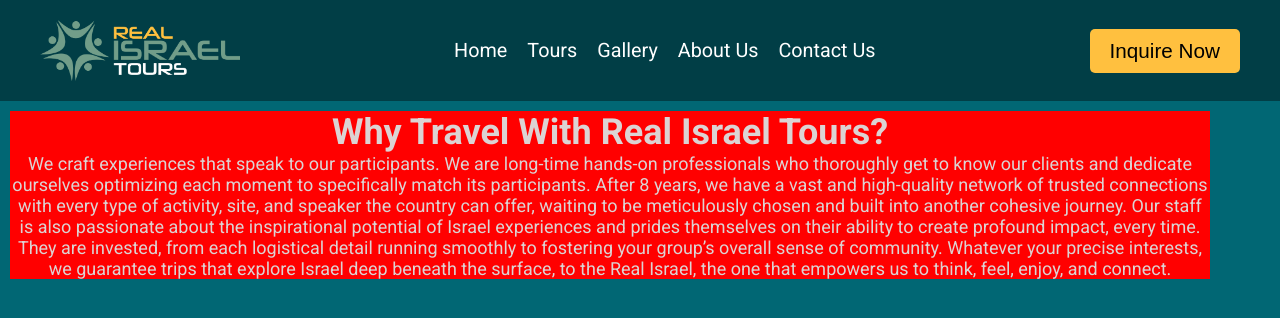
Repository: Pafestivo/realIsraelTours
Page: / (app in frontend/)
The author's editor kept a copy of each file at every save. The page is drawn from the files as they stood at one save, then again after the next save.
The browser window is 1280 px wide. The pictures show the whole page.
The project was rebuilt for these pictures with package versions that can differ from the ones it lists, and the page was loaded fresh each time. The framework's server and built-in components were replaced by stand-ins that run in the browser. Also part of the build but not shown: frontend/next.config.js.

Above is the page before, as saved 2023-09-19 19:53:06.

### frontend/src/app/layout.tsx
import type { Metadata } from "next";
import "@/styles/globals.css";
import { roboto } from "@/app/fonts";

export const metadata: Metadata = {
  title: "Real Israel Tours",
  description: "Plan your next tour",
};

export default function RootLayout({
  children,
}: {
  children: React.ReactNode;
}) {
  return (
    <html lang="en">
      <body className={roboto.className}>{children}</body>
    </html>
  );
}

### frontend/src/app/page.tsx
import Header from "@/components/Header";
import "@/styles/homePage.css";

export default function Home() {
  return (
    <div>
      <Header />
      <div className="pageContainer">
        <h1>Why Travel With Real Israel Tours?</h1>
        <div className="info-block">
          We craft experiences that speak to our participants. We are long-time
          hands-on professionals who thoroughly get to know our clients and
          dedicate ourselves optimizing each moment to specifically match its
          participants. After 8 years, we have a vast and high-quality network
          of trusted connections with every type of activity, site, and speaker
          the country can offer, waiting to be meticulously chosen and built
          into another cohesive journey. Our staff is also passionate about the
          inspirational potential of Israel experiences and prides themselves on
          their ability to create profound impact, every time. They are
          invested, from each logistical detail running smoothly to fostering
          your group’s overall sense of community. Whatever your precise
          interests, we guarantee trips that explore Israel deep beneath the
          surface, to the Real Israel, the one that empowers us to think, feel,
          enjoy, and connect.
        </div>
      </div>
    </div>
  );
}

### frontend/src/styles/globals.css
:root {
  --main-bg-color: #016774;
  --main-text-color: #dcd3d3;
}

* {
  padding: 0;
  margin: 0;
  box-sizing: border-box;
}

body {
  font-size: 18px;
  background-color: var(--main-bg-color);
}

a {
  color: inherit;
  text-decoration: none;
}

### frontend/src/app/fonts.tsx
import { Inter, Merriweather } from "next/font/google";
import { Roboto } from "next/font/google";

export const inter = Inter({ subsets: ["latin"] });

export const merriweather = Merriweather({
  weight: ["400", "700"],
  style: ["normal", "italic"],
  subsets: ["latin"],
  display: "swap",
});

export const roboto = Roboto({
  weight: ["400", "700"],
  style: ["normal", "italic"],
  subsets: ["latin"],
  display: "swap",
});

### frontend/src/components/Header.tsx
"use client";
import React, { useState } from "react";
import Image from "next/image";
import logo from "@/assets/logo.png";
import "@/styles/header.css";
import Link from "next/link";

const Header = () => {
  const [isMenuOpen, setMenuOpen] = useState(false);

  const toggleMenu = () => {
    setMenuOpen(!isMenuOpen);
  };

  return (
    <div className="header">
      <Image className="headerLogo" src={logo} alt="logo" />
      <div className={`navbar ${isMenuOpen ? "open" : ""}`}>
        <Link href="/">Home</Link>

        <Link href="/">Tours</Link>

        <Link href="/">Gallery</Link>

        <Link href="/">About Us</Link>

        <Link href="/">Contact Us</Link>
      </div>
      <button onClick={toggleMenu} className="hamburger">
        ☰
      </button>
      <button className="inquire">Inquire Now</button>
    </div>
  );
};

export default Header;

### frontend/src/styles/homePage.css
.pageContainer {
  margin: 10px;
  display: flex;
  background-color: red;
  flex-direction: column;
  justify-content: center;
  align-items: center;
  max-width: 1200px;
  text-align: center;
  color: var(--main-text-color);
}

### frontend/src/styles/header.css
.header {
  display: flex;
  justify-content: space-between;
  align-items: center;
  background-color: rgba(0, 0, 0, 0.4);
  padding: 20px 40px;
  z-index: 1000;
}

.headerLogo {
  width: 200px;
  height: auto;
}

.navbar {
  display: flex;
  font-size: 1.1em;
  color: white;
  justify-content: space-around;
  align-items: center;
  column-gap: 20px;
}

button {
  background-color: #ffc03f;
  border: none;
  font-size: 1.15em;
  padding: 10px 20px;
  cursor: pointer;
  border-radius: 5px;
}

.hamburger {
  display: none;
}

@media screen and (max-width: 768px) {
  .navbar {
    position: fixed;
    left: -300px;
    top: 100px;
    bottom: 0;
    width: 300px;
    flex-direction: column;
    background-color: rgba(0, 0, 0, 0.8);
    transition: left 0.3s ease-in-out;
    gap: 0;
  }

  .navbar.open {
    left: 0;
  }

  .hamburger, .inquire {
    display: block;
  }

  .inquire {
    display: none;
  }
}

/* Media query for very large screens */
@media screen and (min-width: 1440px) {
  .navbar {
    font-size: 1.5em;
  }

  button {
    font-size: 1.5em;
  }
}

After the next save:
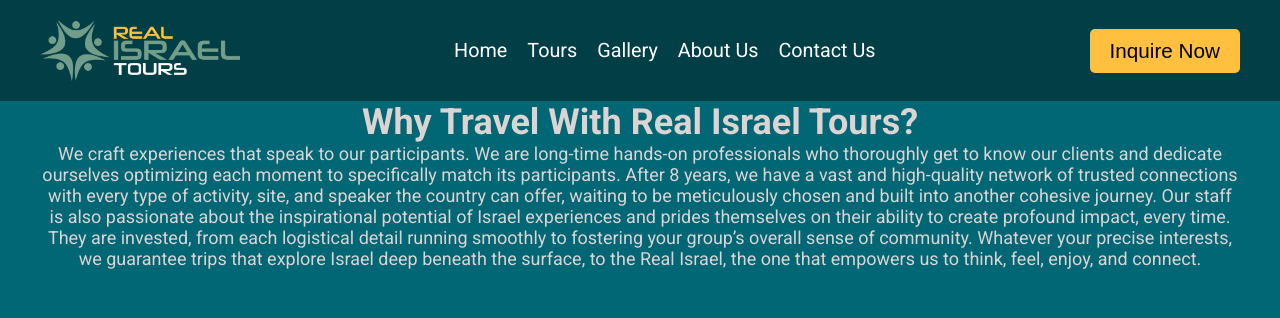
Saved 18 s later.
--- a/frontend/src/styles/homePage.css
+++ b/frontend/src/styles/homePage.css
@@ -1,10 +1,9 @@
 .pageContainer {
   margin: 10px;
   display: flex;
-  background-color: red;
   flex-direction: column;
   justify-content: center;
-  align-items: center;
+  margin: 0 auto;
   max-width: 1200px;
   text-align: center;
   color: var(--main-text-color);
